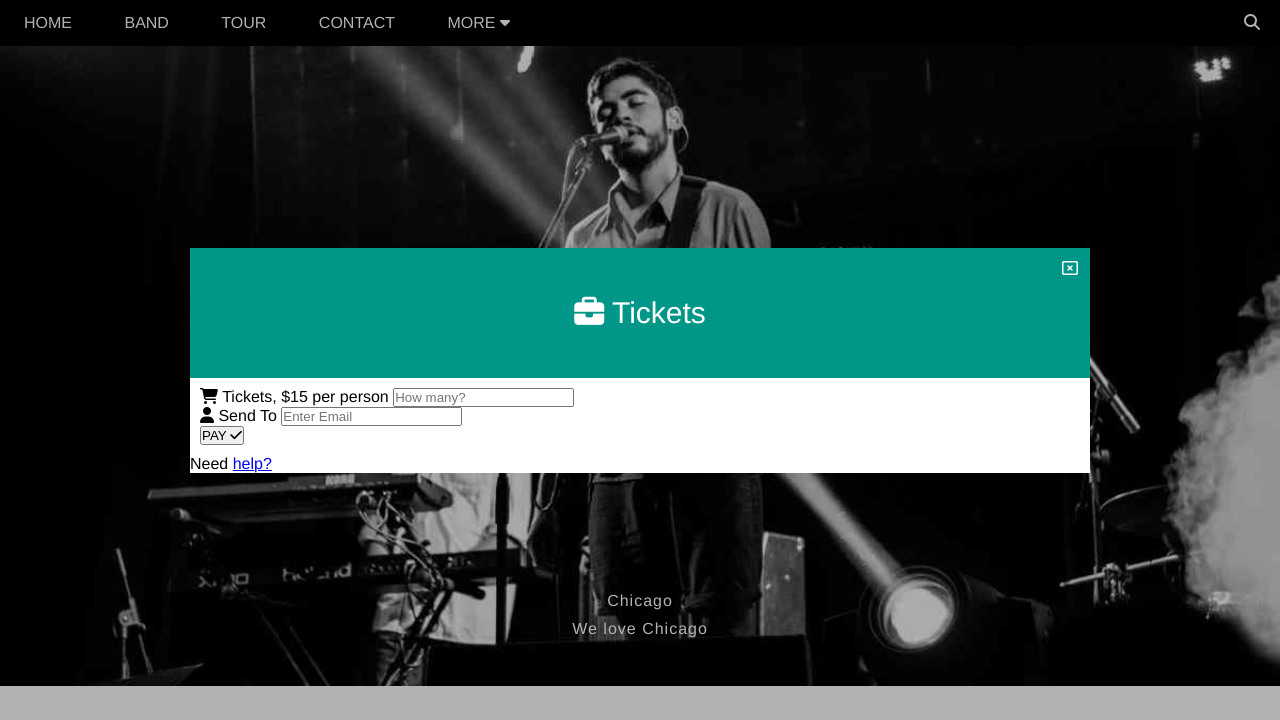
Repository: NguyenMinhChau/Theband
Page: index.html
An editor plug-in stored every save of this project. The page is shown before and after the next save, followed by the edit.
The browser window is 1280 px wide. The pictures show the window.
A layer covers the whole window, so only the first screen is drawn. Some web libraries are served in a nearby version.

Above is the page before, as saved 2021-10-23 13:06:25.

After the next save:
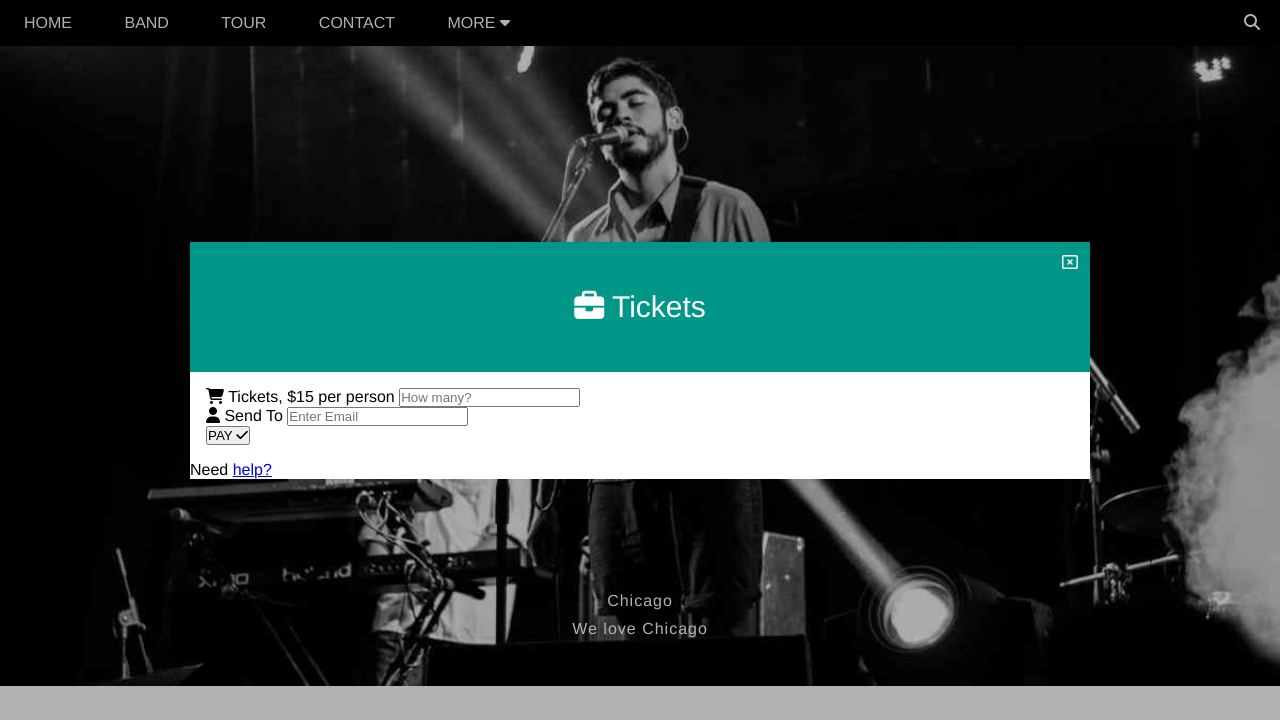
Saved 9 s later.
--- a/assets/css/style.css
+++ b/assets/css/style.css
@@ -340,7 +340,7 @@
 }
 
 .modal-body{
-    padding: 10px;
+    padding: 16px;
 }
 
 .modal-label{
